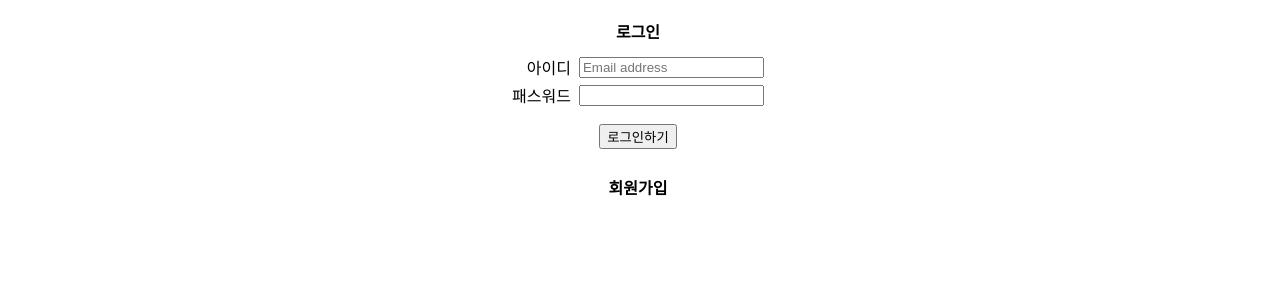
Repository: Dnut0121/2023_JSP
Page: http://localhost/Hello2/loginForm.jsp
These files come from the project's save history. The page is drawn as it stood at one moment and after the next save; the edit follows.
The browser window is 1280 px wide. The pictures show the whole page.
The page is served by Tomcat 9.

Above is the page before, as saved 2023-11-29 03:12:36.

After the next save:
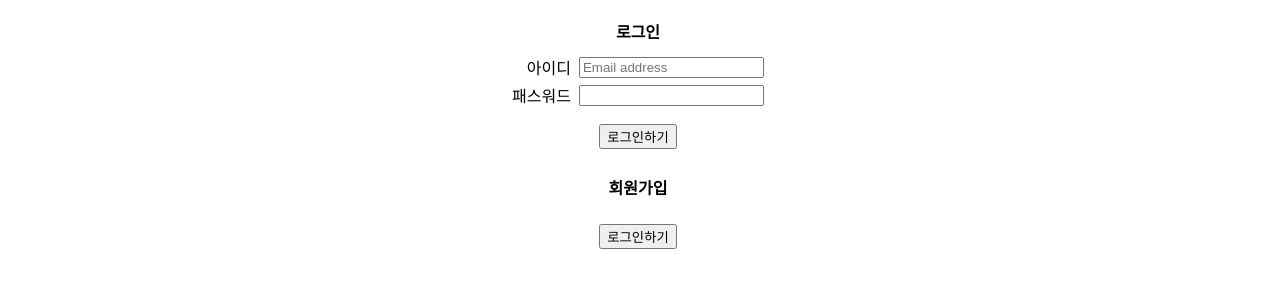
Saved 34 s later.
--- a/201907036_KDH/Hello2/src/main/webapp/loginForm.jsp
+++ b/201907036_KDH/Hello2/src/main/webapp/loginForm.jsp
@@ -28,5 +28,11 @@
 	<form action="signup.jsp">
 	<table align=center>
 	<tr><td colspan=2 align=center height=40><b>회원가입</b><td></tr>
+	<tr>
+		<td colspan=2 align=center height=50>
+			<input type="submit" value="로그인하기">
+		</td>
+	</tr>
+
 </body>
 </html>
